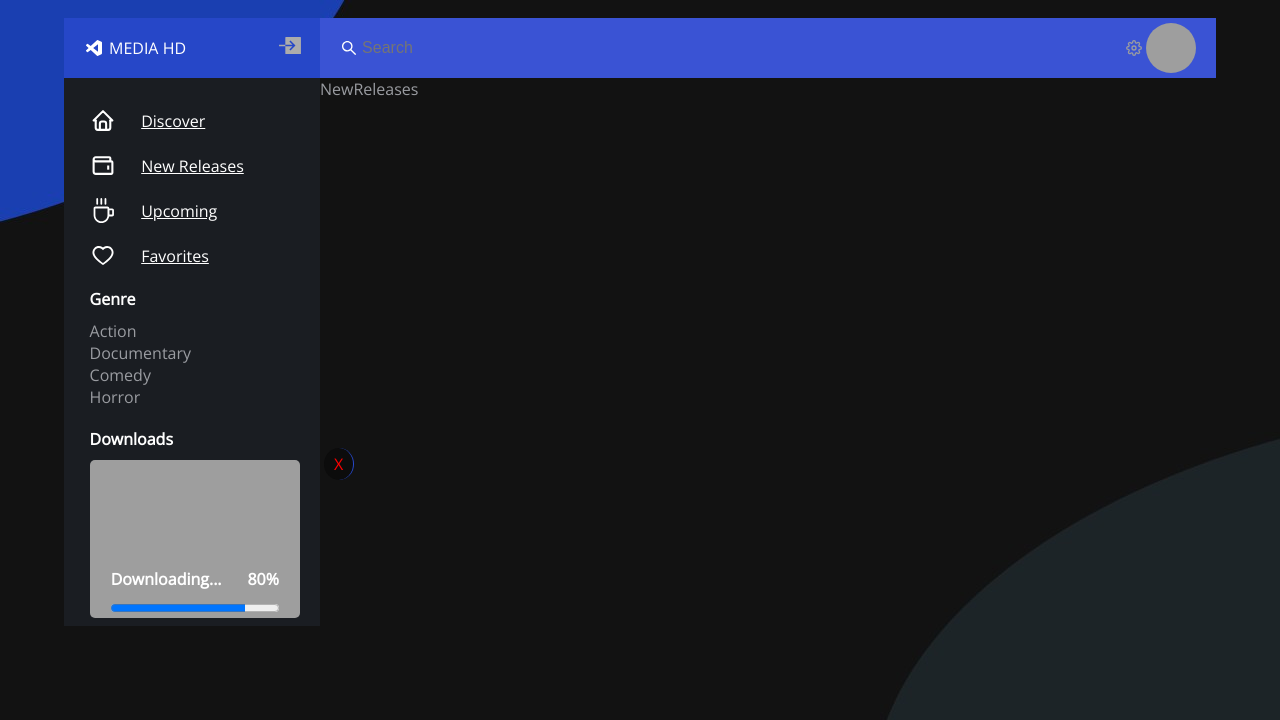
Repository: DevLaukey/movie-task
Page: /new-releases
The author's editor kept a copy of each file at every save. The page is drawn from the files as they stood at one save, then again after the next save.
The browser window is 1280 px wide. The pictures show the whole page.
Pictures or frames that could not be fetched are drawn as grey boxes. The page's requests for data from a server got no answer. The project was rebuilt for these pictures with package versions that can differ from the ones it lists, and the page was loaded fresh each time. No one was signed in, and anything a server would have sent is missing. Also part of the build but not shown: src/components/Body/Movies.js, src/components/Body/Movies.css, src/components/Body/Movie.js, src/components/Body/categories/Discover.js, src/components/Body/categories/Favorites.js, src/components/Body/categories/Upcoming.js.

Above is the page before, as saved 2022-06-19 14:10:06.

After the next save:
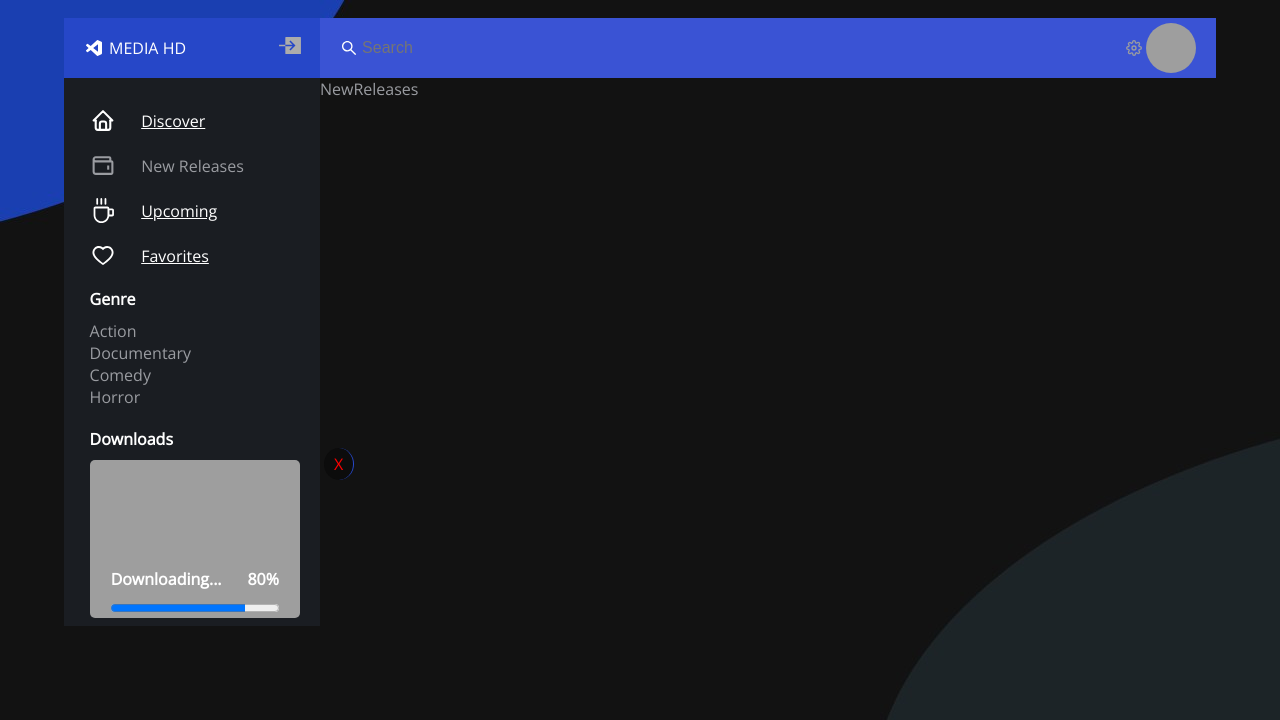
Saved 103 s later.
--- a/src/components/Sidebar/Links.js
+++ b/src/components/Sidebar/Links.js
@@ -11,10 +11,10 @@ function Links() {
         <TbHome style={{ height: "25", width: "30" }} />
         <p className="sidebar__option-text">Discover</p>
       </Link>
-      <Link to="/new-releases" className="sidebar__option">
+      <div to="/new-releases" className="sidebar__option">
         <BiWallet style={{ height: "25", width: "30" }} />
         <p className="sidebar__option-text">New Releases</p>
-      </Link>
+      </div>
       <Link to="upcoming" className="sidebar__option">
         <AiOutlineCoffee style={{ height: "25", width: "30" }} />
         <p className="sidebar__option-text">Upcoming</p>
